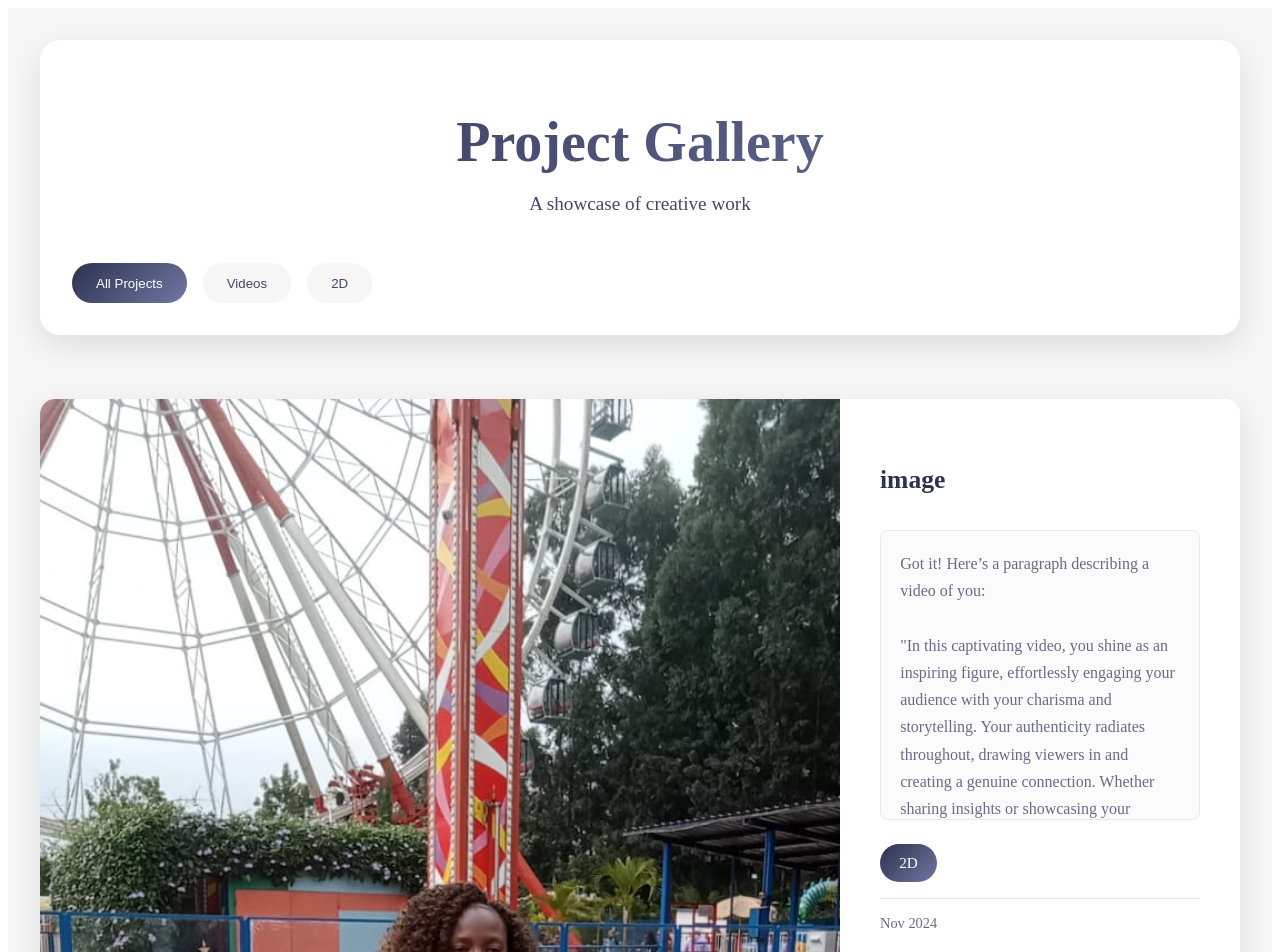
Repository: mrPractise/Susan-Portfolio
Page: http://localhost/projects/
These files come from the project's save history. The page is drawn as it stood at one moment and after the next save; the edit follows.
The browser window is 1280 px wide. The pictures show the part of the page from y = 0 to 952 px (the page is 1603 px tall before and 1611 px after).
The page is served by the project's application, run on Django 5.2 (manage.py). Other server files are loaded and not shown. The page reads the database file committed with the project.

Above is the page before, as saved 2024-11-01 14:56:49.
Console error: TypeError: this.setupViewToggle is not a function

### Portfolio/templatetags/project_tags.py
from django import template
from django.utils.safestring import mark_safe

register = template.Library()  # This line is crucial

@register.simple_tag
def video_player(project, autoplay=False):
    """Render video player with proper attributes"""
    if not project.video:
        return ''

    video_attrs = {
        'preload': 'metadata',
        'playsinline': '',
        'id': f'video-{project.id}',
        'data-video-id': project.id,
    }

    if project.video_thumbnail:
        video_attrs['poster'] = project.video_thumbnail.url

    if autoplay:
        video_attrs['autoplay'] = ''
        video_attrs['muted'] = ''

    attrs_str = ' '.join([f'{k}="{v}"' for k, v in video_attrs.items() if v])

    html = f'''
    <div class="custom-video-player" data-video-id="{project.id}">
        <div class="video-container">
            <video {attrs_str}>
                <source src="{project.video.url}" type="video/mp4">
                <source src="{project.video.url[:-4]}.webm" type="video/webm">
                Your browser doesn't support video playback.
            </video>
            <div class="video-controls">
                <button class="play-pause" aria-label="Play/Pause">
                    <i class="fas fa-play"></i>
                </button>
                <div class="progress-bar">
                    <div class="progress-bar-filled"></div>
                </div>
                <div class="time">
                    <span class="current-time">0:00</span>
                    <span>/</span>
                    <span class="duration">0:00</span>
                </div>
                <div class="volume-control">
                    <button class="mute-unmute" aria-label="Mute/Unmute">
                        <i class="fas fa-volume-up"></i>
                    </button>
                    <input type="range" class="volume-slider" min="0" max="1" step="0.1" value="1">
                </div>
                <button class="fullscreen" aria-label="Fullscreen">
                    <i class="fas fa-expand"></i>
                </button>
            </div>
        </div>
    </div>
    '''
    return mark_safe(html)

### templates/partials/project_grid.html
<!-- project_grid.html -->
<div class="gallery-grid">
    {% for project in projects %}
<div class="gallery-item" data-category="{{ project.category.slug }}" data-project-id="{{ project.id }}">
    <div class="item-inner">
        {% if project.video %}
            {% include 'partials/videoplayer.html' with project=project %}
        {% else %}
            <img
                src="{{ project.image.url }}"
                alt="{{ project.title }}"
                loading="lazy"
            />
        {% endif %}
   <div class="item-overlay">
    <div class="item-content">
        <h3>{{ project.title }}</h3>
        <p class="description">{{ project.description }}</p>
        <div class="item-category">
            <span>{{ project.category.name }}</span>
        </div>
        <div class="item-meta">
            <span class="date">
                {{ project.created_date|date:"M Y" }}
            </span>
        </div>
    </div>
</div>
        </div>
    </div>
    {% endfor %}
</div>

### templates/partials/videoplayer.html
<!-- videoplayer.html -->
{% load static %}
<head>
    <link rel="stylesheet" href="{% static 'css/videoplayer.css' %}" />
<link rel="stylesheet" href="https://cdnjs.cloudflare.com/ajax/libs/font-awesome/5.15.4/css/all.min.css">
</head><body>

<div class="custom-video-player" data-video-id="{{ project.id }}">
    <div class="video-container">
        <video preload="metadata"
            {% if project.video_thumbnail %}
                poster="{{ project.video_thumbnail.url }}"
            {% endif %}
            playsinline
            crossorigin="anonymous">
            <source src="{{ project.video.url }}" type="video/mp4">
            <source src="{{ project.video.url|slice:':-4' }}.webm" type="video/webm">
            Your browser doesn't support video playback.
        </video>

        <div class="video-controls">
            <button class="play-pause" aria-label="Play/Pause">
                <i class="fas fa-play"></i>
            </button>

            <div class="progress-bar">
                <div class="progress-bar-filled"></div>
            </div>

            <div class="time">
                <span class="current-time">0:00</span>
                <span>/</span>
                <span class="duration">0:00</span>
            </div>

            <div class="volume-control">
                <button class="mute-unmute" aria-label="Mute/Unmute">
                    <i class="fas fa-volume-up"></i>
                </button>
                <input type="range" class="volume-slider" min="0" max="1" step="0.1" value="1">
            </div>

            <button class="fullscreen" aria-label="Fullscreen">
                <i class="fas fa-expand"></i>
            </button>
        </div>
    </div>

    <div class="video-modal">
        <div class="modal-content">
            <button class="close-modal">&times;</button>
            <div class="modal-video-container"></div>
        </div>
    </div>
</div>

<script src="{% static 'javascript/videoplayer.js' %}"></script>
</body>

### Abongo/urls.py
"""
URL configuration for Abongo project.

The `urlpatterns` list routes URLs to views. For more information please see:
    https://docs.djangoproject.com/en/5.1/topics/http/urls/
Examples:
Function views
    1. Add an import:  from my_app import views
    2. Add a URL to urlpatterns:  path('', views.home, name='home')
Class-based views
    1. Add an import:  from other_app.views import Home
    2. Add a URL to urlpatterns:  path('', Home.as_view(), name='home')
Including another URLconf
    1. Import the include() function: from django.urls import include, path
    2. Add a URL to urlpatterns:  path('blog/', include('blog.urls'))
"""
from django.contrib import admin
from django.urls import path, include
from django.conf.urls.static import static
from django.conf import settings

urlpatterns = [
    path('admin/', admin.site.urls),
    path('', include('Portfolio.urls')),
]
urlpatterns += static(settings.MEDIA_URL, document_root=settings.MEDIA_ROOT)

### Portfolio/urls.py

from django.urls import path
from . import views

urlpatterns = [
    path('', views.home, name='home'),
    path('events', views.events, name='events'),
    path('portfolio', views.portfolio, name='portfolio'),
    path('projects/', views.project_list, name='projects'),
    path('projects/<slug:slug>/', views.project_detail, name='project_detail'),
    path('events/<slug:slug>/', views.event_detail, name='event-detail'),
    path('events/<slug:slug>/book/', views.process_booking, name='process_booking'),
    path('events/<slug:slug>/payment/', views.payment_page, name='payment'),
    path('events/<slug:slug>/process-payment/', views.process_payment, name='process_payment'),
    path('send-contact-email/', views.send_contact_email, name='send_contact_email'),
]

### static/css/projects.css
/* projects.css */
:root {
    --primary: #2D3250;
    --accent: #7077A1;
    --background: #F6F6F6;
    --text: #424769;
    --gradient: linear-gradient(135deg, #2D3250, #7077A1);
}

.projects-container {
    min-height: 100vh;
    background: var(--background);
    padding: 2rem;
}

.projects-header {
    max-width: 1400px;
    margin: 0 auto 4rem;
    padding: 2rem;
    background: white;
    border-radius: 20px;
    box-shadow: 0 10px 30px rgba(0,0,0,0.1);
}

.header-content {
    text-align: center;
    margin-bottom: 3rem;
}

.projects-title {
    font-size: 3.5rem;
    background: var(--gradient);
    background-clip: text;
    color: transparent;
    margin-bottom: 1rem;
}

.projects-subtitle {
    color: var(--text);
    font-size: 1.2rem;
}

.gallery-controls {
    display: flex;
    justify-content: space-between;
    align-items: center;
    flex-wrap: wrap;
    gap: 1rem;
}



.filter-wrapper {
    display: flex;
    gap: 1rem;
    flex-wrap: wrap;
}

.filter-btn {
    padding: 0.8rem 1.5rem;
    border: none;
    border-radius: 25px;
    background: var(--background);
    color: var(--text);
    cursor: pointer;
    transition: all 0.3s ease;
}

.filter-btn.active {
    background: var(--gradient);
    color: white;
}

.gallery-container {
    max-width: 1400px;
    margin: 0 auto;
}

.gallery {
    display: grid;
    grid-template-columns: repeat(auto-fill, minmax(300px, 1fr));
    gap: 2rem;
    opacity: 0;
    transform: translateY(20px);
    animation: fadeInUp 0.8s ease forwards;
}


.gallery.masonry-view {
    display: block;
    columns: 3;
    column-gap: 2rem;
}



.gallery-item {
    break-inside: avoid;
    margin-bottom: 2rem;
    opacity: 0;
    transform: translateY(20px);
    animation: fadeInUp 0.8s ease forwards;
}

.item-inner {
    position: relative;
    border-radius: 15px;
    overflow: hidden;
    background: white;
    box-shadow: 0 10px 30px rgba(0,0,0,0.1);
    transition: all 0.3s ease;
    min-height: 100%;
}
.item-inner img {
    width: 100%;
    height: 100%;
    object-fit: contain;
    display: block;
    transition: transform 0.5s ease;
}


/* Hover effects */
.item-inner:hover {
    transform: translateY(-5px);
    box-shadow: 0 15px 40px rgba(0,0,0,0.2);
}

.item-inner:hover img {
    transform: scale(1.05);
}
.gallery-item img,
.gallery-item video {
    width: 100%;
    height: 100%;
    object-fit: cover;
    transition: transform 0.5s ease;
}

.item-inner:hover img,
.item-inner:hover video {
    transform: scale(1.1);
}

.play-button {
    position: absolute;
    top: 50%;
    left: 50%;
    transform: translate(-50%, -50%);
    width: 60px;
    height: 60px;
    background: rgba(255,255,255,0.9);
    border-radius: 50%;
    display: flex;
    align-items: center;
    justify-content: center;
    cursor: pointer;
    z-index: 2;
}

.play-button i {
    color: var(--primary);
    font-size: 1.5rem;
}

.item-overlay {
    position: relative;
    background: white;
    padding: 1.5rem;
    height: inherit; /* Fill the entire height */
    display: flex;
    flex-direction: column;
}

.item-content {
    color: var(--text);
    width: 100%;
    display: flex;
    flex-direction: column;
    height: 100%;
}


.item-content h3 {
    font-size: 1.4rem;
    margin-bottom: 1rem;
    color: var(--primary);
    word-break: break-word;
    font-weight: 600;
}

.item-content p {
    font-size: 0.9rem;
    opacity: 0.8;
    margin-bottom: 1rem;
    color: var(--text);
    /* Add these properties for text wrapping */
    word-break: break-word;
    overflow-wrap: break-word;
    white-space: pre-line; /* Preserve line breaks but wrap text */
    max-width: 100%; /* Ensure text stays within container */
}
.item-content .description {
    flex: 1;
    overflow-y: auto;
    margin-bottom: 1.5rem;
    padding: 1rem;
    border: 1px solid rgba(0, 0, 0, 0.1);
    border-radius: 8px;
    background: rgba(0, 0, 0, 0.02);
    font-size: 0.95rem;
    line-height: 1.6;
    color: var(--text);
    word-break: break-word;
    overflow-wrap: break-word;
}

.item-content .description::-webkit-scrollbar {
    width: 4px;
}

.item-content .description::-webkit-scrollbar-thumb {
    background-color: rgba(0, 0, 0, 0.2);
    border-radius: 2px;
}
.item-category {
    margin-bottom: 1rem;
}

.item-category span {
    display: inline-block;
    padding: 0.5rem 1rem;
    background: var(--gradient);
    color: white;
    border-radius: 25px;
    font-size: 0.9rem;
    font-weight: 500;
    transition: transform 0.3s ease;
}
.item-category span:hover {
    transform: translateY(-2px);
}
.item-meta {
    display: flex;
    align-items: center;
    justify-content: space-between;
    padding-top: 1rem;
    border-top: 1px solid rgba(0, 0, 0, 0.1);
}

.date {
    font-size: 0.9rem;
    color: var(--text);
    opacity: 0.8;
    font-weight: 500;
}
.item-tags {
    display: flex;
    gap: 0.5rem;
    flex-wrap: wrap;
}

.item-inner:hover .item-overlay {
    opacity: 1;
}


.item-tags span {
    padding: 0.3rem 0.8rem;
    background: var(--background);
    border-radius: 15px;
    font-size: 0.8rem;
    color: var(--text);
}
.project-modal {
    position: fixed;
    inset: 0;
    background: rgba(0,0,0,0.9);
    display: none;
    justify-content: center;
    align-items: center;
    z-index: 1000;
    opacity: 0;
    transition: opacity 0.3s ease;
}

.project-modal.active {
    display: flex;
    opacity: 1;
}

.modal-content {
    position: relative;
    max-width: 90%;
    max-height: 90vh;
    background: white;
    border-radius: 20px;
    overflow: hidden;
    display: grid;
    grid-template-columns: 2fr 1fr;
    opacity: 0;
    transform: translateY(20px);
    transition: all 0.3s ease;
}

.project-modal.active .modal-content {
    opacity: 1;
    transform: translateY(0);
}

.modal-media {
    background: black;
}

.modal-media img,
.modal-media video {
    width: 100%;
    height: 100%;
    object-fit: contain;
}

.modal-details {
    padding: 2rem;
    overflow-y: auto;
}

.modal-close {
    position: absolute;
    top: 1rem;
    right: 1rem;
    width: 40px;
    height: 40px;
    border-radius: 50%;
    background: white;
    border: none;
    font-size: 1.5rem;
    cursor: pointer;
    z-index: 1;
    transition: all 0.3s ease;
}

.modal-nav {
    position: absolute;
    top: 50%;
    transform: translateY(-50%);
    width: 50px;
    height: 50px;
    border-radius: 50%;
    background: white;
    border: none;
    cursor: pointer;
    display: flex;
    align-items: center;
    justify-content: center;
    transition: all 0.3s ease;
}

.modal-nav.prev {
    left: 1rem;
}

.modal-nav.next {
    right: 1rem;
}

@keyframes fadeInUp {
    to {
        opacity: 1;
        transform: translateY(0);
    }
}

.video-controls {
    opacity: 1;
    background: linear-gradient(transparent, rgba(0, 0, 0, 0.7));
}
.video-controls .play-pause {
    background: rgba(255, 255, 255, 0.2);
    border-radius: 50%;
    width: 40px;
    height: 40px;
    display: flex;
    align-items: center;
    justify-content: center;
}

.video-controls .play-pause:hover {
    background: rgba(255, 255, 255, 0.3);
}


/* Large Desktop (1200px and above) */
@media (min-width: 1200px) {
    .gallery {
        grid-template-columns: 1fr;
        gap: 2.5rem;
        max-width: 1400px;
        margin: 0 auto;
    }

    .item-inner {
        display: grid;
        grid-template-columns: 2fr 1fr;
        min-height: 500px;
        max-height: 600px;
    }

    .item-inner img {
        width: 100%;
        height: 100%;
        object-fit: cover;
        grid-column: 1;
    }

    .custom-video-player {
        height: 100%;
    }

    .video-container {
        height: 100%;
        padding-top: 0 !important;
    }

    .video-container video {
        object-fit: cover;
    }

    .item-overlay {
        padding: 2.5rem;
    }

    .item-content h3 {
        font-size: 1.6rem;
        margin-bottom: 1.2rem;
    }

    .item-content .description {
        max-height: 250px;
        padding: 1.2rem;
        margin-bottom: 1.5rem;
        font-size: 1rem;
        line-height: 1.7;
    }

    .item-category span {
        padding: 0.6rem 1.2rem;
        font-size: 0.95rem;
    }

    .gallery.masonry-view {
        columns: 3;
        column-gap: 2.5rem;
    }
}

/* Desktop (1024px to 1199px) */
@media (min-width: 1024px) and (max-width: 1199px) {
    .gallery {
        grid-template-columns: 1fr;
        gap: 2rem;
    }

    .item-inner {
        display: grid;
        grid-template-columns: 2fr 1fr;
        min-height: 450px;
        max-height: 550px;
    }

    .item-inner img {
        width: 100%;
        height: 100%;
        object-fit: cover;
        grid-column: 1;
    }

    .item-overlay {
        padding: 2rem;
    }

    .item-content h3 {
        font-size: 1.4rem;
        margin-bottom: 1rem;
    }

    .item-content .description {
        max-height: 220px;
        padding: 1rem;
        margin-bottom: 1.2rem;
        font-size: 0.95rem;
        line-height: 1.6;
    }

    .item-category span {
        padding: 0.5rem 1rem;
        font-size: 0.9rem;
    }

    .gallery.masonry-view {
        columns: 3;
        column-gap: 2rem;
    }
}

/* Tablet Landscape (768px to 1023px) */
@media (min-width: 768px) and (max-width: 1023px) {
    .gallery {
        grid-template-columns: 1fr;
        gap: 1.5rem;
    }

    .item-inner {
        display: grid;
        grid-template-columns: 3fr 2fr;
        min-height: 400px;
    }

    .item-inner img {
        width: 100%;
        height: 100%;
        object-fit: cover;
        grid-column: 1;
    }

    .item-overlay {
        padding: 1.8rem;
    }

    .item-content h3 {
        font-size: 1.3rem;
        margin-bottom: 1rem;
    }

    .item-content .description {
        max-height: 200px;
        padding: 1rem;
        margin-bottom: 1rem;
        font-size: 0.9rem;
        line-height: 1.5;
    }

    .item-category span {
        padding: 0.5rem 1rem;
        font-size: 0.85rem;
    }

    .gallery.masonry-view {
        columns: 2;
        column-gap: 1.5rem;
    }

    .projects-title {
        font-size: 3rem;
    }
}

/* Tablet Portrait (481px to 767px) */
@media (min-width: 481px) and (max-width: 767px) {
    .projects-container {
        padding: 1.5rem;
    }

    .item-inner {
        display: block;
    }

    .item-inner img {
        width: 100%;
        aspect-ratio: 16/9;
        object-fit: cover;
    }

    .video-container {
        padding-top: 56.25%;
    }

    .item-overlay {
        padding: 1.5rem;
    }

    .item-content h3 {
        font-size: 1.2rem;
        margin-bottom: 0.8rem;
    }

    .item-content .description {
        max-height: 180px;
        padding: 0.8rem;
        margin-bottom: 1rem;
        font-size: 0.9rem;
        line-height: 1.5;
    }

    .item-category span {
        padding: 0.4rem 0.8rem;
        font-size: 0.8rem;
    }

    .gallery.masonry-view {
        columns: 1;
    }

    .projects-title {
        font-size: 2.5rem;
    }
}

/* Mobile (480px and below) */
@media (max-width: 480px) {
    .projects-container {
        padding: 1rem;
    }

    .item-inner {
        display: block;
    }

    .item-inner img {
        width: 100%;
        aspect-ratio: 16/9;
        object-fit: cover;
    }

    .video-container {
        padding-top: 56.25%;
    }

    .item-overlay {
        padding: 1.2rem;
    }

    .item-content h3 {
        font-size: 1.1rem;
        margin-bottom: 0.8rem;
    }

    .item-content .description {
        max-height: 150px;
        padding: 0.8rem;
        margin-bottom: 0.8rem;
        font-size: 0.85rem;
        line-height: 1.4;
    }

    .item-category span {
        padding: 0.3rem 0.7rem;
        font-size: 0.75rem;
    }

    .item-meta {
        padding-top: 0.8rem;
    }

    .date {
        font-size: 0.8rem;
    }

    .gallery {
        gap: 1rem;
    }

    .projects-title {
        font-size: 2rem;
    }

    .video-controls {
        padding: 0.6rem;
    }

    .video-controls .play-pause {
        width: 28px;
        height: 28px;
    }

    .time {
        min-width: 60px;
        font-size: 11px;
    }
}

/* Special handling for very small devices */
@media (max-width: 320px) {
    .projects-container {
        padding: 0.8rem;
    }

    .item-overlay {
        padding: 1rem;
    }

    .item-content h3 {
        font-size: 1rem;
    }

    .item-content .description {
        max-height: 120px;
        padding: 0.6rem;
        font-size: 0.8rem;
    }

    .item-category span {
        padding: 0.3rem 0.6rem;
        font-size: 0.7rem;
    }
}

/* Print styles */
@media print {
    .video-controls,
    .item-category span {
        display: none;
    }

    .item-content .description {
        max-height: none;
        overflow: visible;
    }
}

### db.sqlite3 (the tables this page reads, as SQL)
CREATE TABLE "Portfolio_project" ("id" integer NOT NULL PRIMARY KEY AUTOINCREMENT, "title" varchar(200) NOT NULL, "slug" varchar(50) NOT NULL UNIQUE, "description" text NOT NULL, "created_date" date NOT NULL, "featured" bool NOT NULL, "image" varchar(100) NULL, "video" varchar(100) NULL, "video_thumbnail" varchar(100) NULL, "video_duration" bigint NULL, "category_id" bigint NOT NULL REFERENCES "Portfolio_projectcategory" ("id") DEFERRABLE INITIALLY DEFERRED);
INSERT INTO "Portfolio_project" VALUES
(18, 'dfvd', 'dfvd', 'sdvsdvs', '2024-11-01', 0, '', 'projects/videos/WIN_20241030_15_15_18_Pro_kYpybrK.mp4', '', NULL, 1),
(19, 'image', 'image', 'Got it! Here’s a paragraph describing a video of you:

"In this captivating video, you shine as an inspiring figure, effortlessly engaging your audience with your charisma and storytelling. Your authenticity radiates throughout, drawing viewers in and creating a genuine connection. Whether sharing insights or showcasing your passions, you motivate and uplift, leaving a lasting impression."
Got it! Here’s a paragraph describing a video of you:

"In this captivating video, you shine as an inspiring figure, effortlessly engaging your audience with your charisma and storytelling. Your authenticity radiates throughout, drawing viewers in and creating a genuine connection. Whether sharing insights or showcasing your passions, you motivate and uplift, leaving a lasting impression."', '2024-11-01', 1, 'projects/images/susan.jpg', '', '', NULL, 2);

CREATE TABLE "Portfolio_projectcategory" ("id" integer NOT NULL PRIMARY KEY AUTOINCREMENT, "name" varchar(100) NOT NULL, "slug" varchar(50) NOT NULL UNIQUE, "description" text NOT NULL, "order" integer NOT NULL);
INSERT INTO "Portfolio_projectcategory" VALUES
(1, 'Videos', 'videos', '', 1),
(2, '2D', '2d', '', 2);

Loaded but not shown: static/javascript/videoplayer.js (413 lines, source omitted); static/javascript/projects.js (197 lines, source omitted); Portfolio/views.py (628 lines, source omitted); Portfolio/models.py (327 lines, source omitted); static/css/videoplayer.css (229 lines, source omitted); templates/projects.html (80 lines, source omitted)

After the next save:
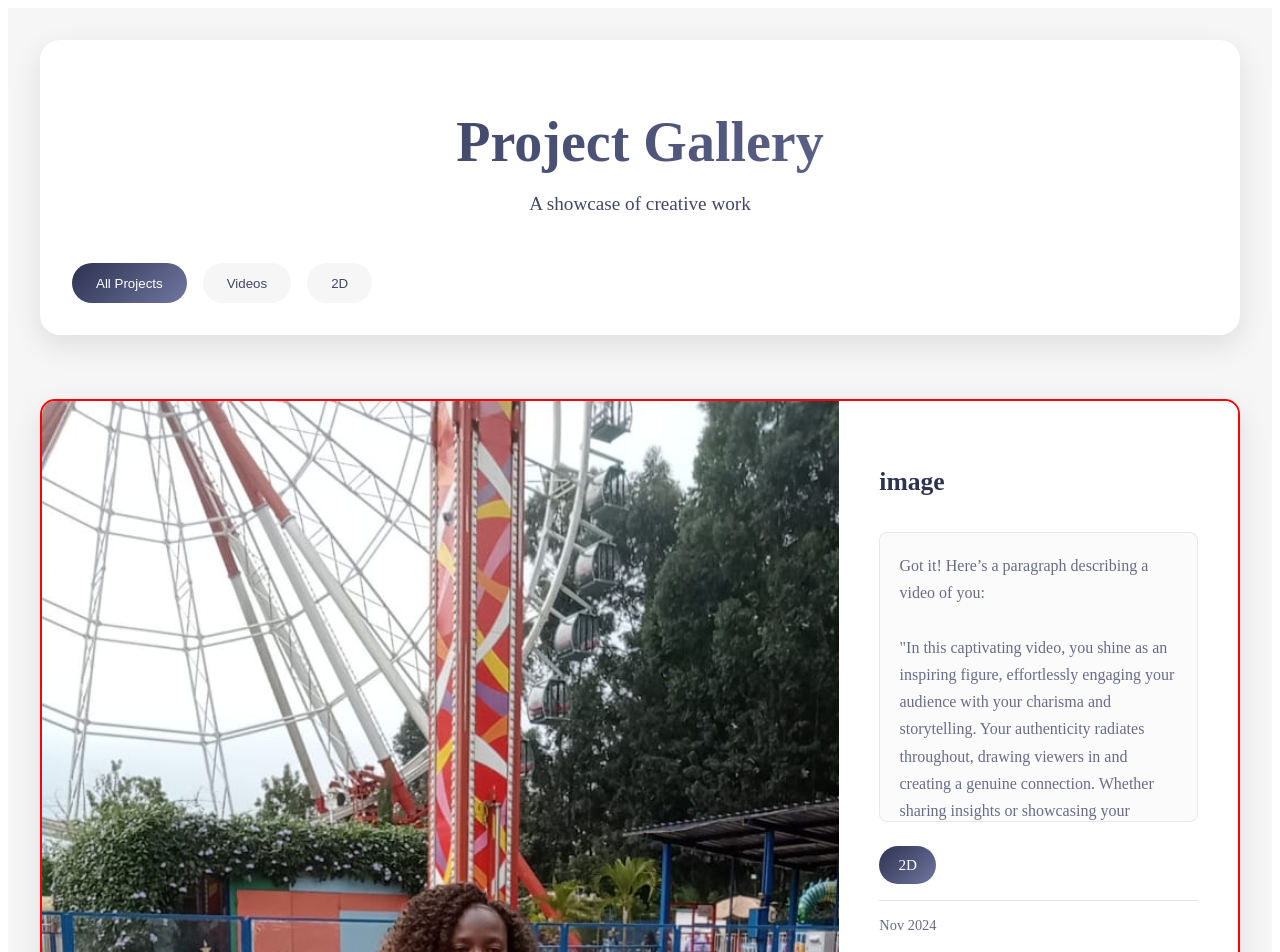
Saved 21 s later.
--- a/static/css/projects.css
+++ b/static/css/projects.css
@@ -109,7 +109,7 @@
     background: white;
     box-shadow: 0 10px 30px rgba(0,0,0,0.1);
     transition: all 0.3s ease;
-    min-height: 100%;
+    border: 2px solid red;
 }
 .item-inner img {
     width: 100%;
